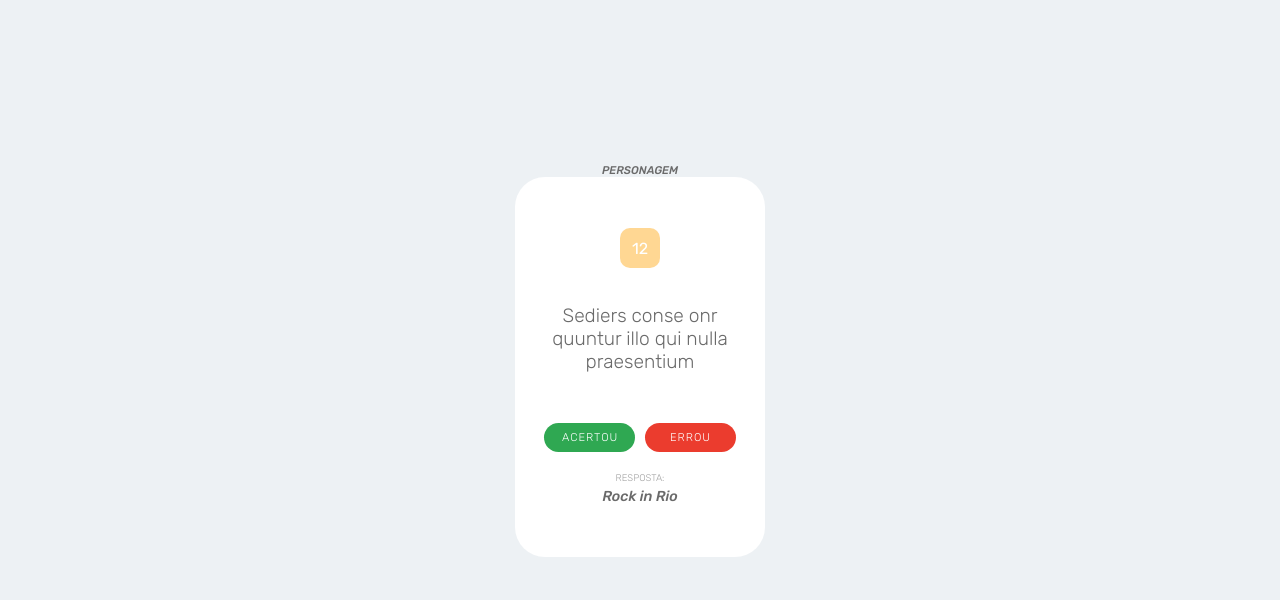
Repository: lucasthaynan/acertai
Page: index.html
An editor plug-in stored every save of this project. The page is shown before and after the next save, followed by the edit.
The browser window is 1280 px wide. The pictures show the whole page.

Above is the page before, as saved 2024-04-14 20:55:53.

After the next save:
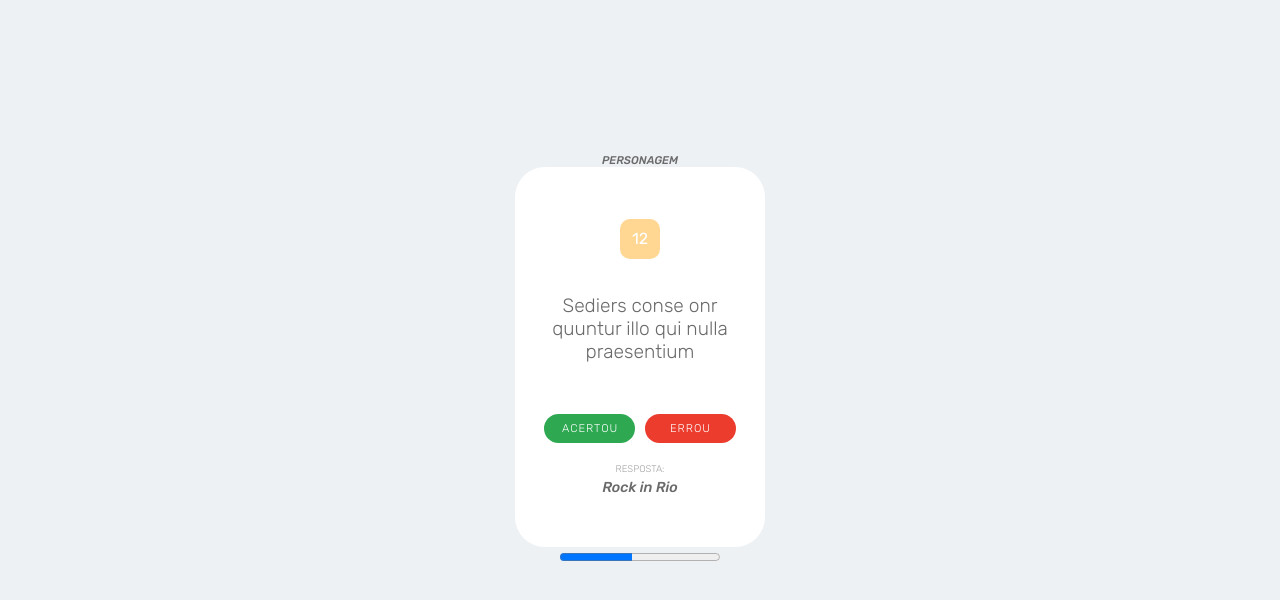
Saved 3 min 3 s later.
--- a/index.html
+++ b/index.html
@@ -139,7 +139,10 @@
         </div>
 
         <div class="time-process">
-            <div class=""></div>
+
+            <progress class="progress is-info" value="45" max="100">
+                45%
+            </progress>
         </div>
 
     </section>
